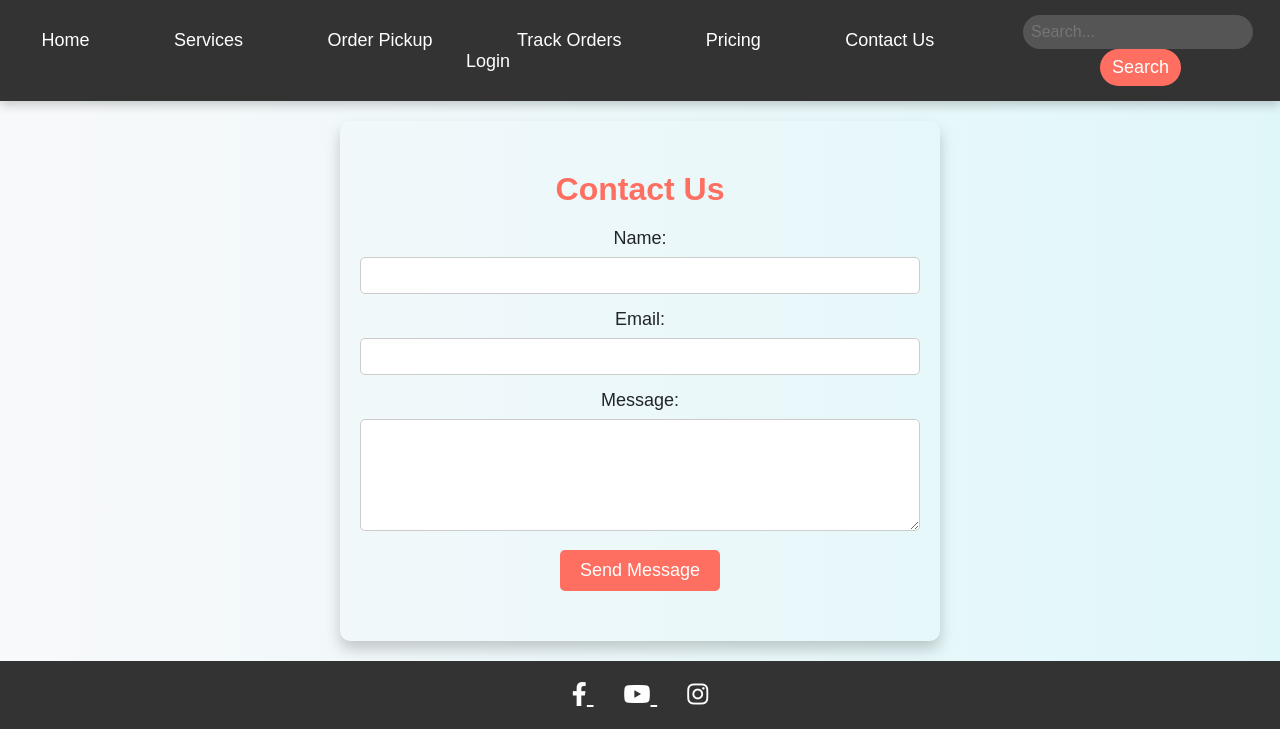
Repository: wmrmweerakoon/Online-Laundry-Management-System
Page: http://localhost/LaundryManagementSystem/contact.jsp
An editor plug-in stored every save of this project. The page is shown before and after the next save, followed by the edit.
The browser window is 1280 px wide. The pictures show the whole page.
The page is served by Tomcat 9.

Above is the page before, as saved 2024-10-08 04:35:36.

After the next save:
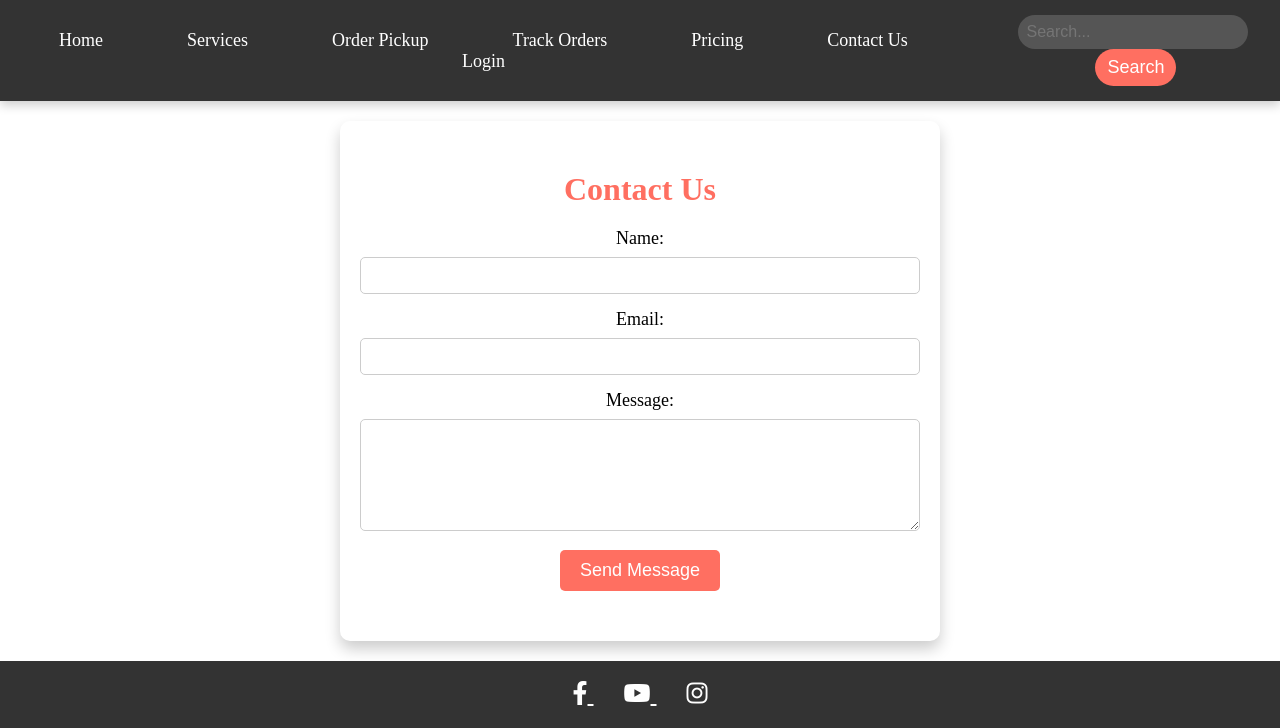
Saved 7 min 24 s later.
--- a/Projects/LaundryManagementSystem/src/main/webapp/CSS/contact.css
+++ b/Projects/LaundryManagementSystem/src/main/webapp/CSS/contact.css
@@ -21,11 +21,6 @@
     box-sizing: border-box;
 }
 
-body {
-    font-family: 'Arial', sans-serif;
-    background: linear-gradient(to right, var(--bg-gradient-start), var(--bg-gradient-end));
-    color: var(--text-primary);
-}
 
 /* Darker Menu Bar */
 header {

After the save that followed:
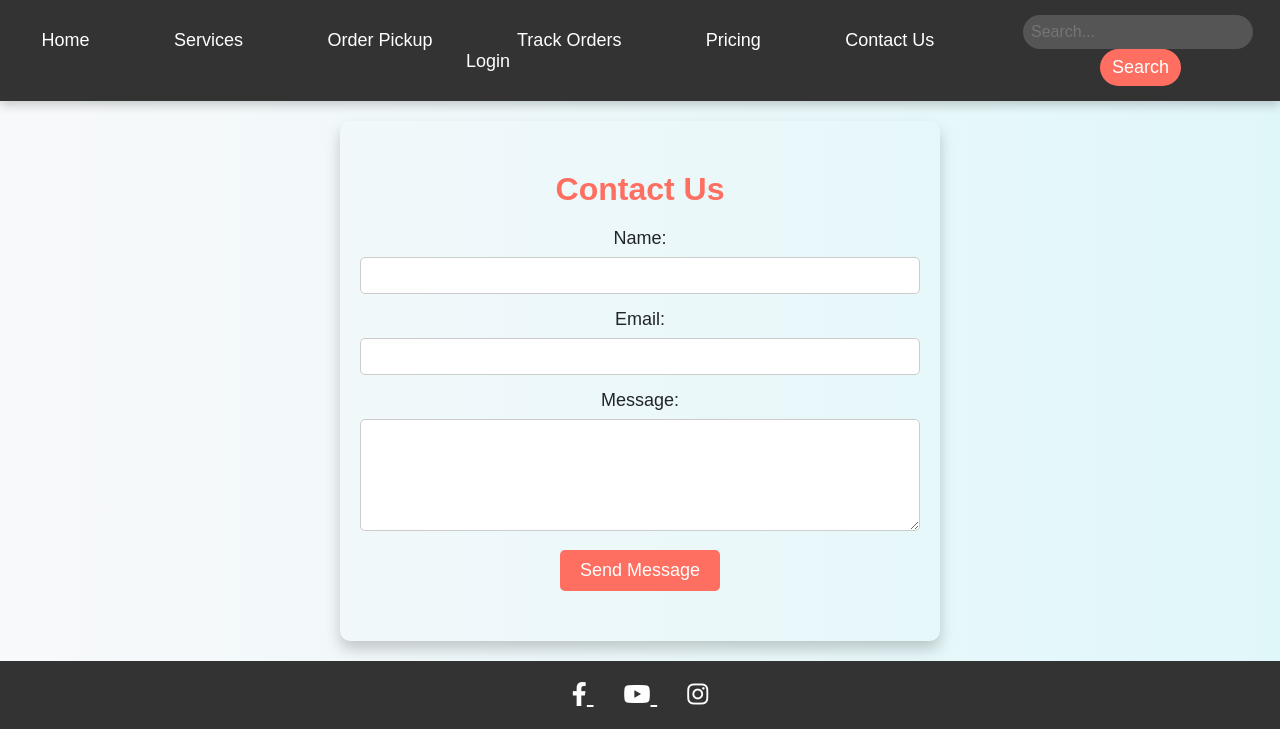
Saved 13 s later.
--- a/Projects/LaundryManagementSystem/src/main/webapp/CSS/contact.css
+++ b/Projects/LaundryManagementSystem/src/main/webapp/CSS/contact.css
@@ -21,6 +21,11 @@
     box-sizing: border-box;
 }
 
+body {
+    font-family: 'Arial', sans-serif;
+    background: linear-gradient(to right, var(--bg-gradient-start), var(--bg-gradient-end));
+    color: var(--text-primary);
+}
 
 /* Darker Menu Bar */
 header {
